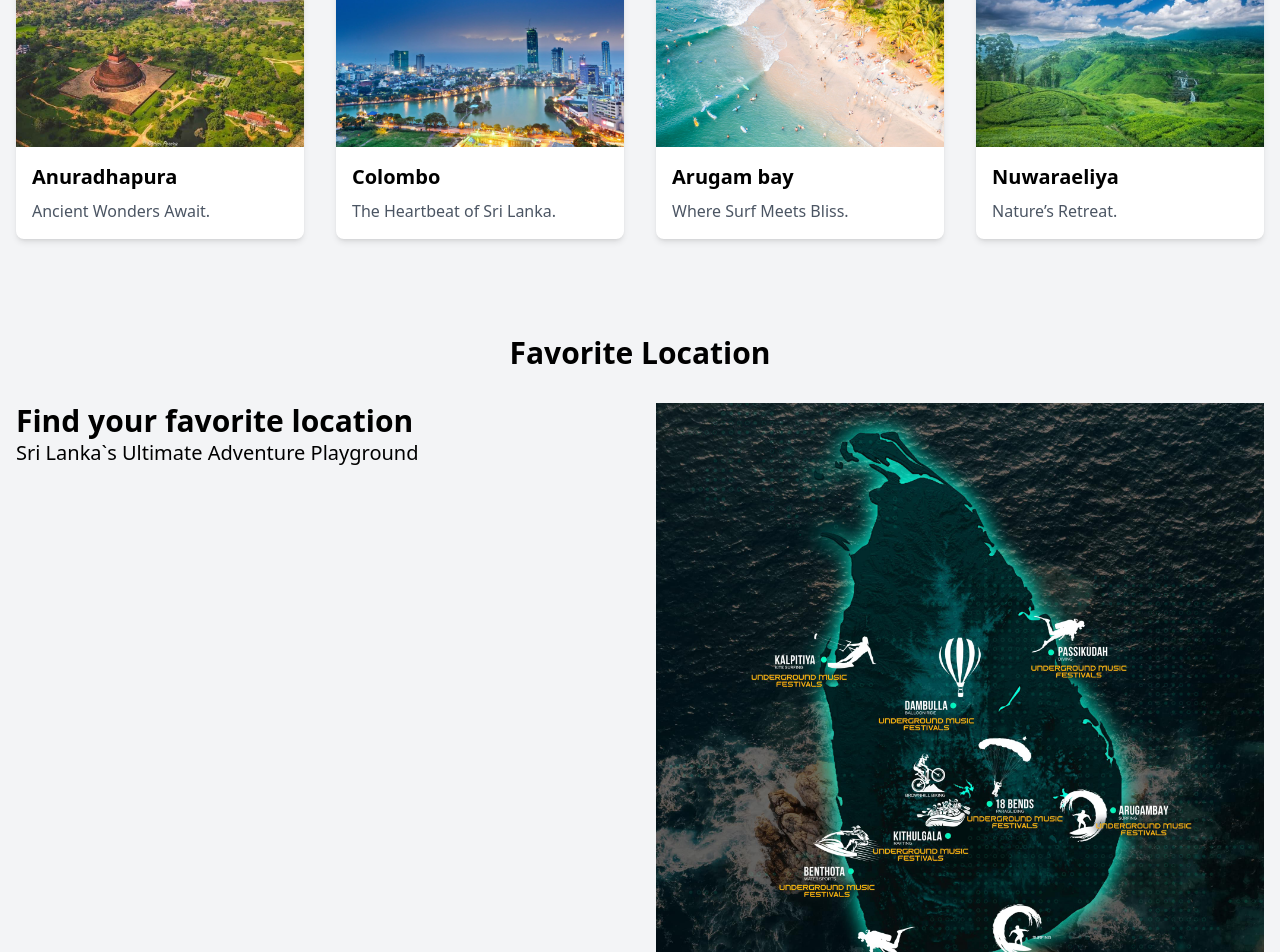
Repository: thisara199/Travel-Agency-Website
Page: /
An editor plug-in stored every save of this project. The page is shown before and after a run of saves, followed by the edit.
The browser window is 1280 px wide. The pictures show the part of the page from y = 881 to 1833 px (the page is 3132 px tall).
The project was rebuilt for these pictures with package versions that can differ from the ones it lists, and the page was loaded fresh each time. Also part of the build but not shown: vite.config.js.

Above is the page before, as saved 2024-09-04 07:11:10.

After the next 2 saves:
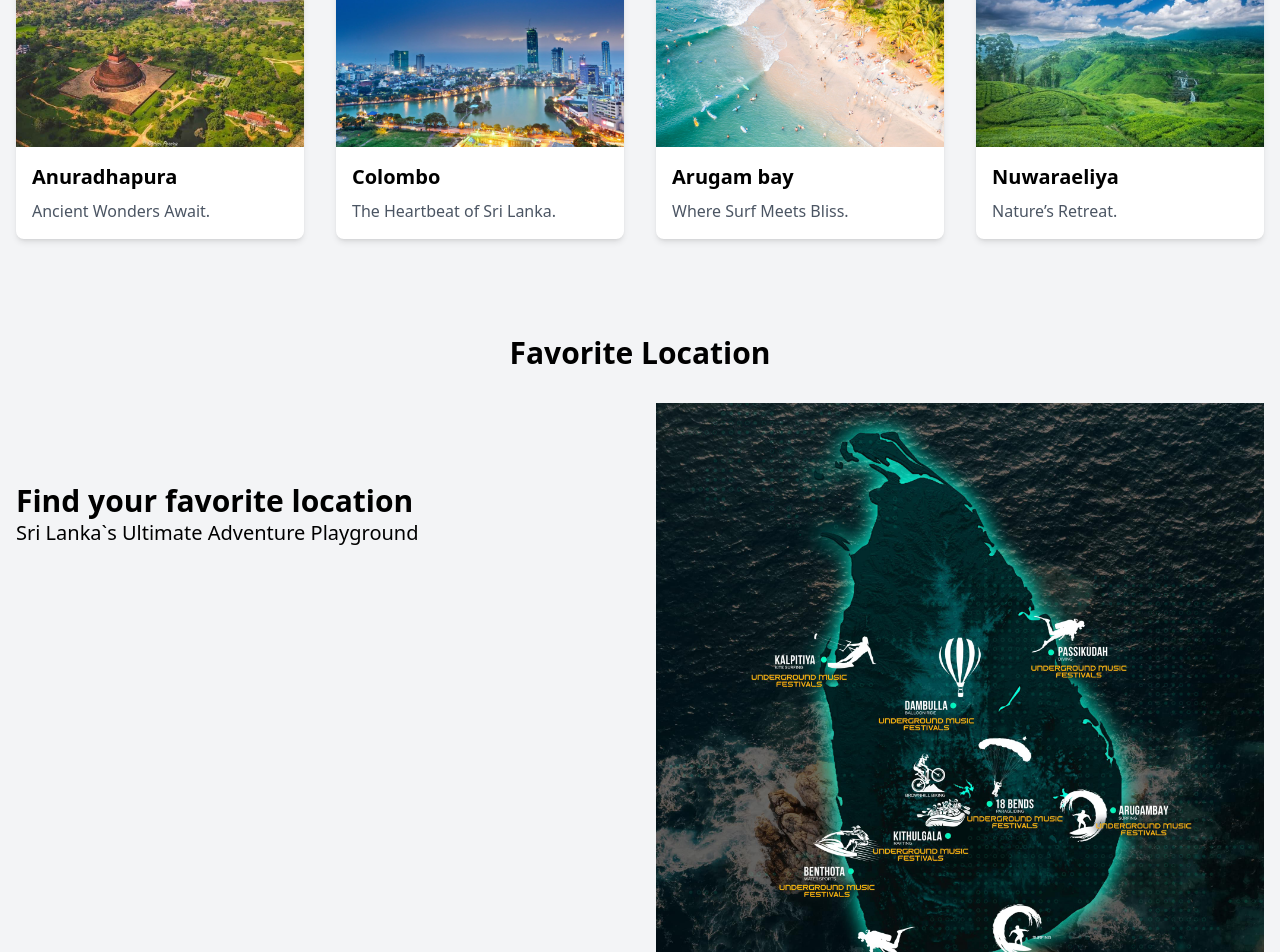
The 2 saves are shown as one change because they came seconds apart.
The last was saved 47 s later.
--- a/src/components/Banner/Banner.jsx
+++ b/src/components/Banner/Banner.jsx
@@ -6,7 +6,7 @@
       <div className="container px-4 mx-auto">
         <h2 data-aos="fade-up" className='mb-8 text-3xl font-bold text-center'>Favorite Location</h2>
         <div className="grid gap-8 sm:grid-cols-1 md:grid-cols-2">
-          <div>
+          <div className='mt-20'>
            <h1 className='text-3xl font-bold'>Find your favorite location</h1>
            <h2 className='text-xl'>Sri Lanka`s Ultimate Adventure Playground</h2>
           </div>

After the save that followed:
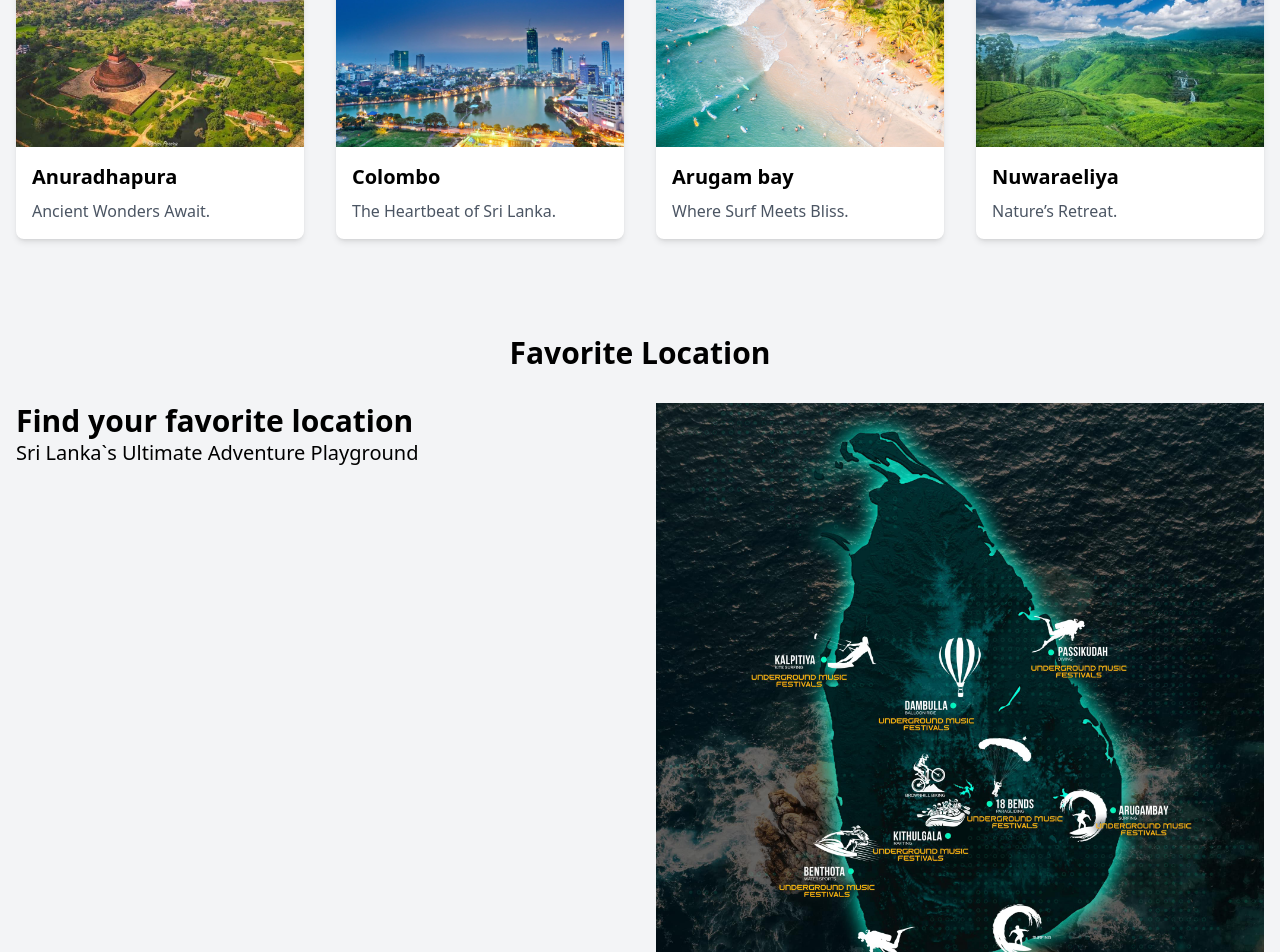
Saved 26 s later.
--- a/src/components/Banner/Banner.jsx
+++ b/src/components/Banner/Banner.jsx
@@ -6,7 +6,7 @@
       <div className="container px-4 mx-auto">
         <h2 data-aos="fade-up" className='mb-8 text-3xl font-bold text-center'>Favorite Location</h2>
         <div className="grid gap-8 sm:grid-cols-1 md:grid-cols-2">
-          <div className='mt-20'>
+          <div className='mt-0'>
            <h1 className='text-3xl font-bold'>Find your favorite location</h1>
            <h2 className='text-xl'>Sri Lanka`s Ultimate Adventure Playground</h2>
           </div>
